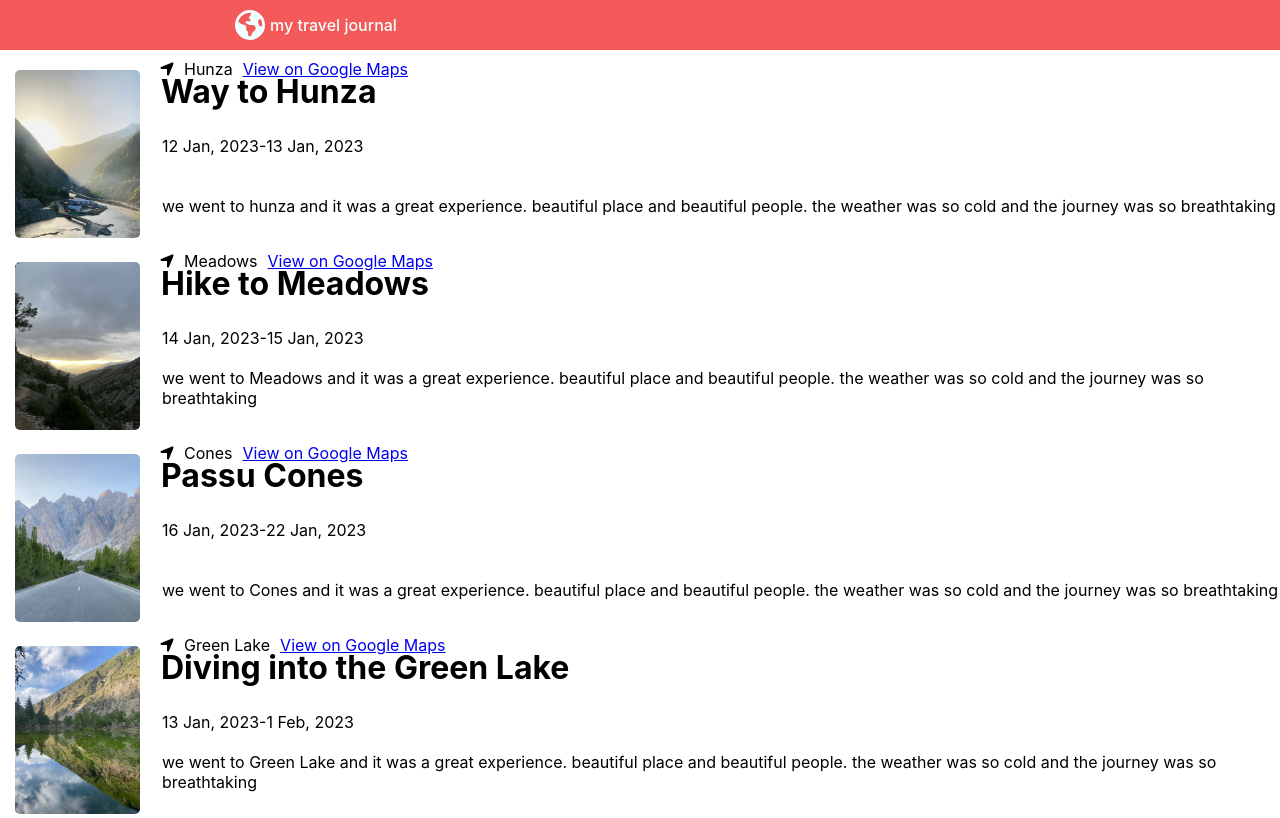
Repository: mortiestmorty1/travel-journal
Page: /
The author's editor kept a copy of each file at every save. The page is drawn from the files as they stood at one save, then again after the next save.
The browser window is 1280 px wide. The pictures show the whole page.
The project was rebuilt for these pictures with package versions that can differ from the ones it lists, and the page was loaded fresh each time.

Above is the page before, as saved 2024-01-17 15:35:51.

After the next save:
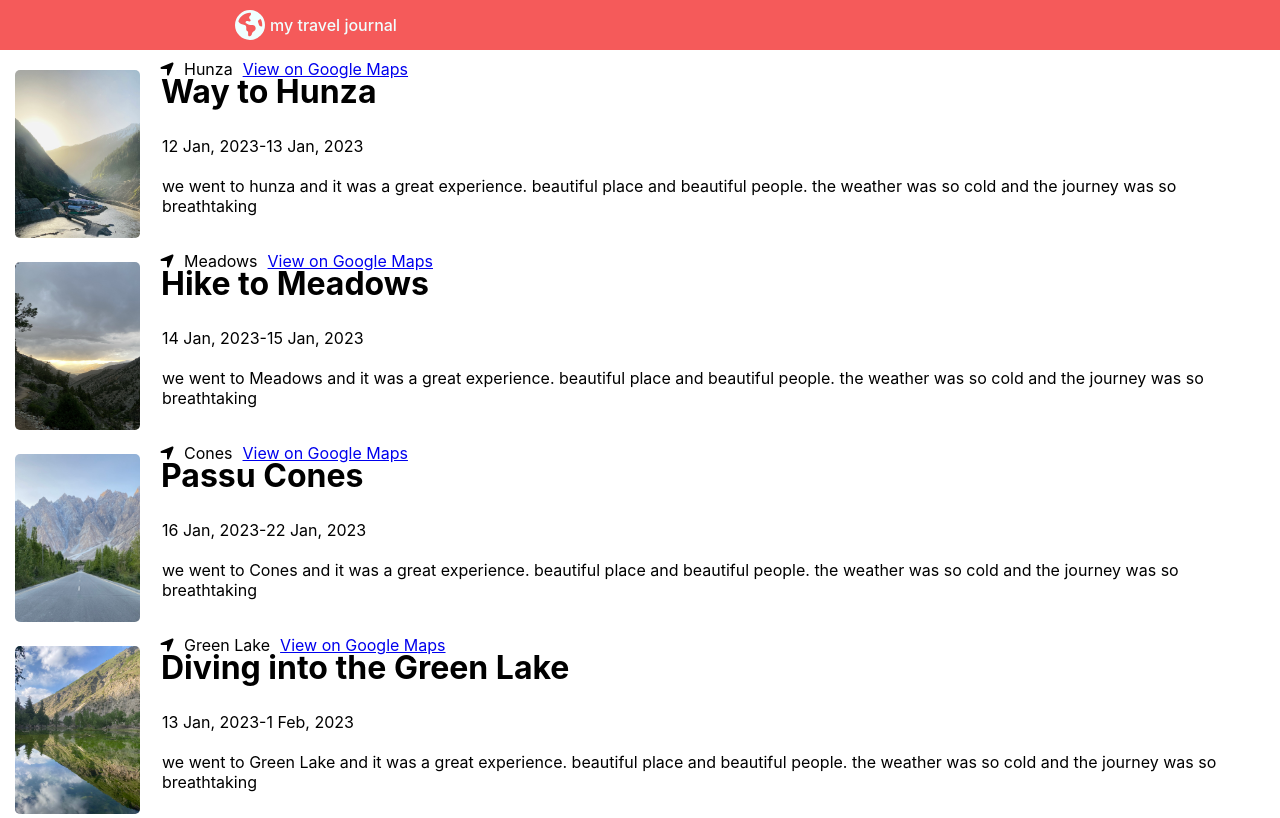
Saved 15 s later.
--- a/src/App.css
+++ b/src/App.css
@@ -68,4 +68,5 @@
 
   left: 162px;
   bottom: 5%;
+  margin-right: 5px;
 }
